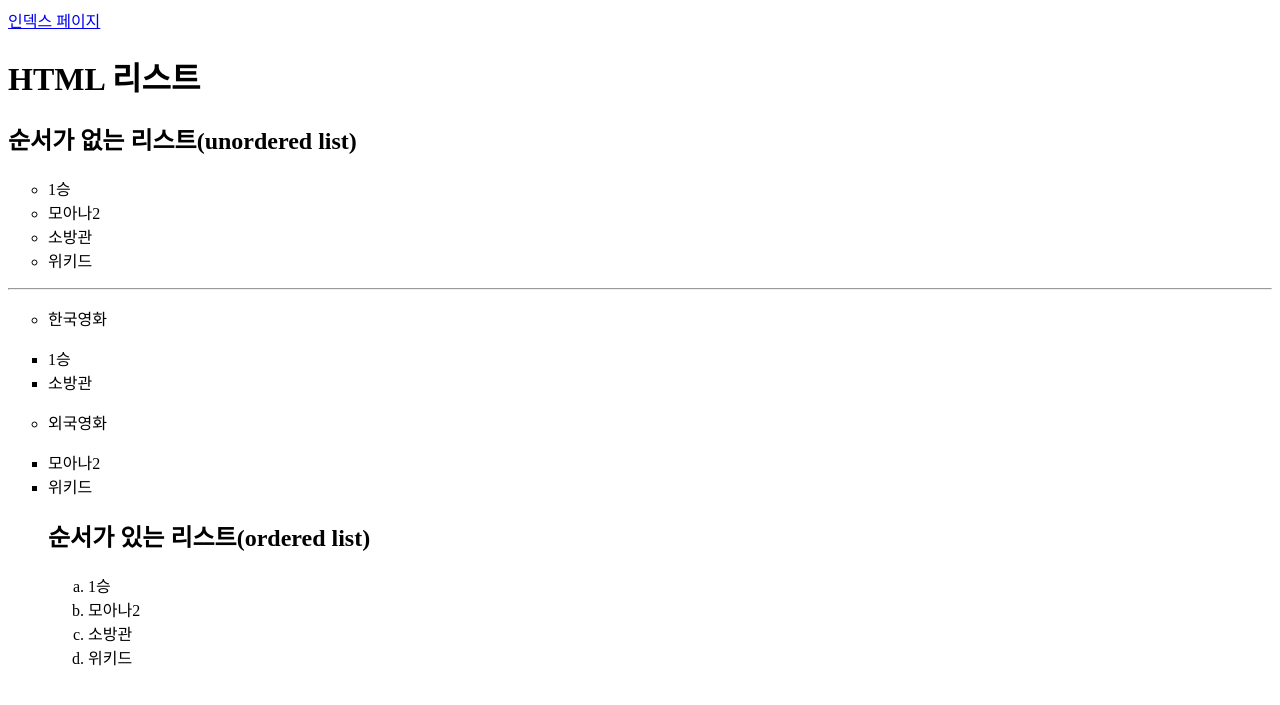
Repository: Sid0130/HTML
Page: lab-web/lab01_html/src/main/webapp/list.html
An editor plug-in stored every save of this project. The page is shown before and after the next save, followed by the edit.
The browser window is 1280 px wide. The pictures show the whole page.

Above is the page before, as saved 2024-12-03 06:26:01.

### lab-web/lab01_html/src/main/webapp/list.html
<!DOCTYPE html>
<html>
	<head>
		<meta charset="UTF-8">
		<title>Lab01</title>
	</head>
	<body>
		<a href="index.html">인덱스 페이지</a>

        <h1>HTML 리스트</h1>

        <h2>순서가 없는 리스트(unordered list)</h2>
        <ul style="list-style: circle;">
            <!-- ul 태그의 style 속성 중에서 list-style의 기본값은 disc.
             list-style 특성 값을 none을 설정하면 bullet 이미지가 사라짐.-->



            <!-- 리스트 아이템(list item) -->
            <li>1승</li>
            <li>모아나2</li>
            <li>소방관</li>
            <li>위키드</li>
        </ul>

            <hr>
            <ul style="list-style: circle;">
                <li>
                    한국영화
                </li>
            </ul>
                    <ul style="list-style: square;">
                        <li>1승</li>
                        <li>소방관</li>
                    </ul>
            <ul style="list-style: circle;">
                <li>
                    외국영화
                </li>
            </ul>
            <ul style="list-style: square;">
                <li>모아나2</li>
                <li>위키드</li>

            <h2>순서가 있는 리스트(ordered list)</h2>

            <ol style="list-style: lower-alpha;">
                <!--  ol 태크의 style 속성 중에서 list-style의 기본값은 decimal(숫자) -->
                <li>1승</li>
                <li>모아나2</li>
                <li>소방관</li>
                <li>위키드</li>
            </ol>
	</body>
</html>

After the next save:
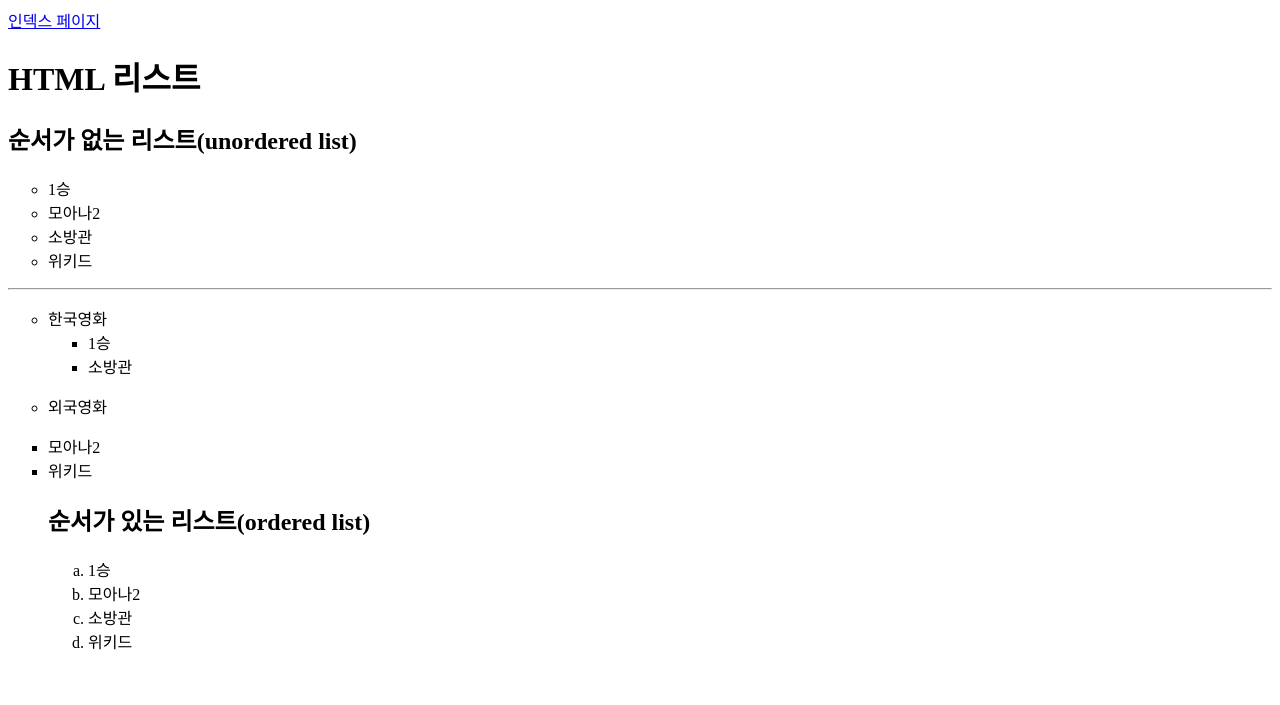
Saved 12 s later.
--- a/lab-web/lab01_html/src/main/webapp/list.html
+++ b/lab-web/lab01_html/src/main/webapp/list.html
@@ -28,11 +28,12 @@
                 <li>
                     한국영화
                 </li>
-            </ul>
-                    <ul style="list-style: square;">
+                 <ul style="list-style: square;">
                         <li>1승</li>
                         <li>소방관</li>
                     </ul>
+            </ul>
+
             <ul style="list-style: circle;">
                 <li>
                     외국영화

After the save that followed:
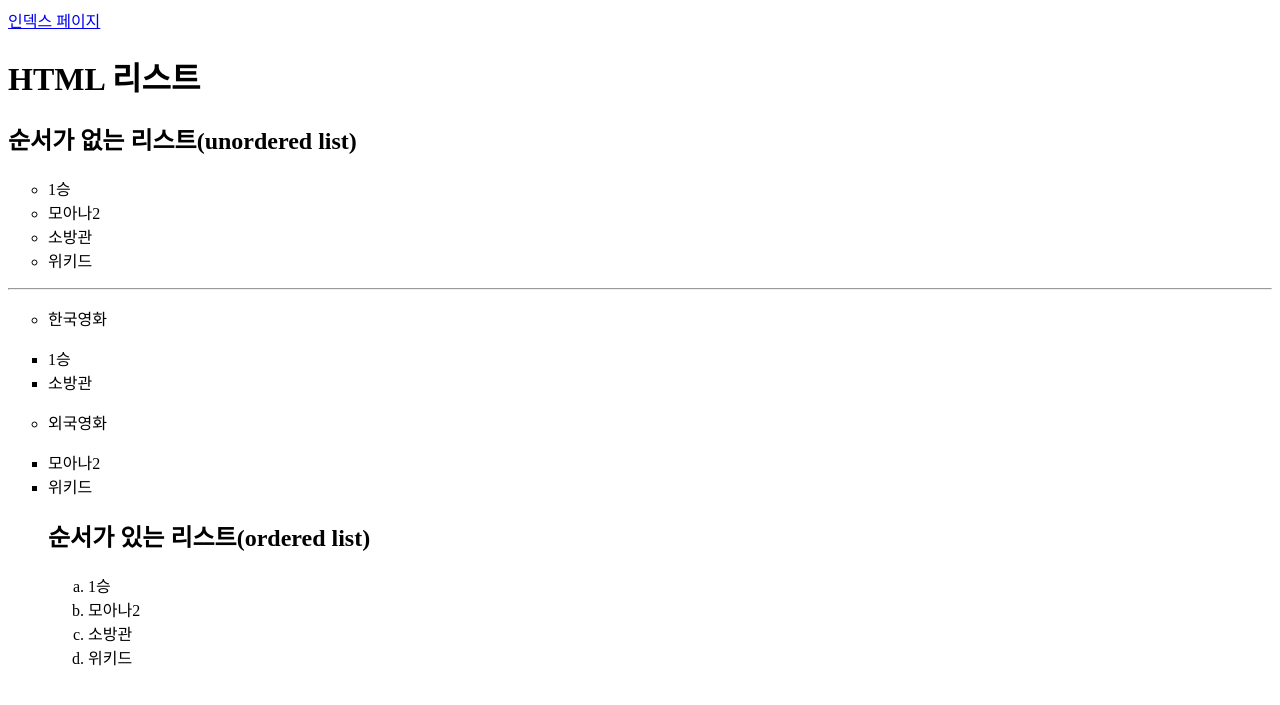
Saved 15 s later.
--- a/lab-web/lab01_html/src/main/webapp/list.html
+++ b/lab-web/lab01_html/src/main/webapp/list.html
@@ -28,12 +28,11 @@
                 <li>
                     한국영화
                 </li>
-                 <ul style="list-style: square;">
+            </ul>
+                    <ul style="list-style: square;">
                         <li>1승</li>
                         <li>소방관</li>
                     </ul>
-            </ul>
-
             <ul style="list-style: circle;">
                 <li>
                     외국영화
